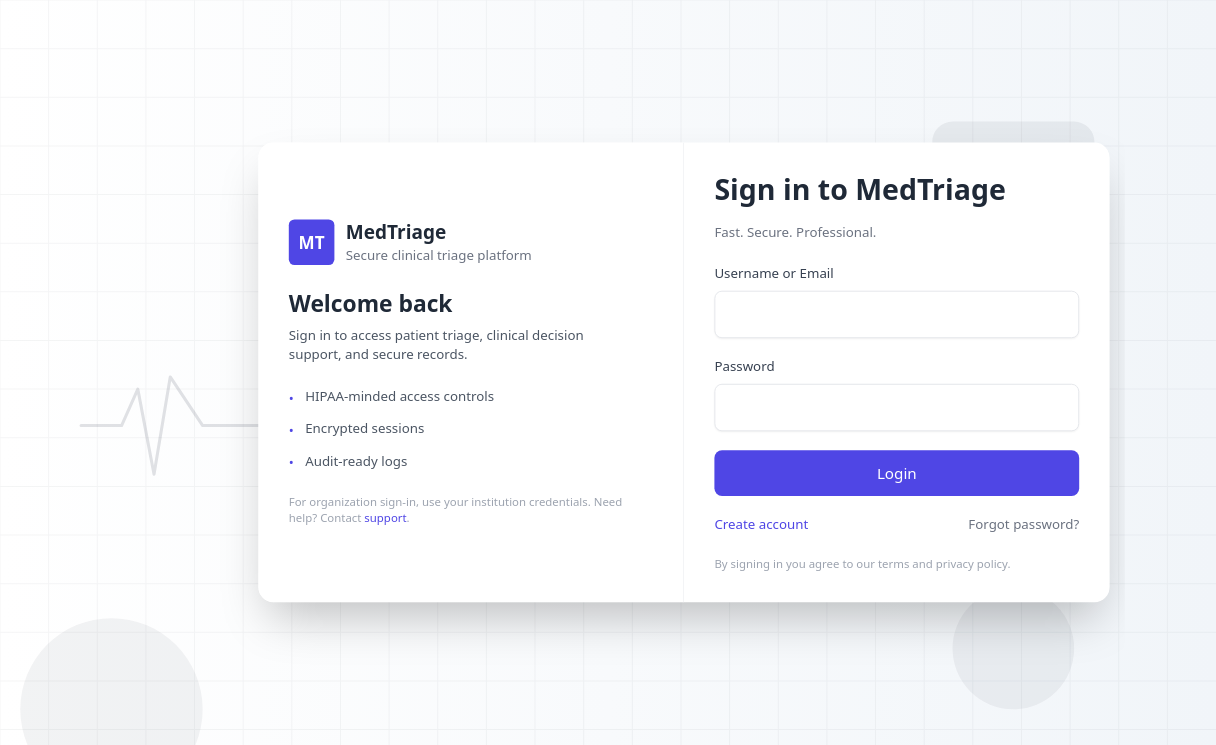
Repository: shakin-shahria/MedTriage-
Page: / (app in frontend/)
An editor plug-in stored every save of this project. The page is shown before and after the next save, followed by the edit.
The browser window is 1280 px wide. The pictures show the whole page, at 95% of full size.
The project was rebuilt for these pictures with package versions that can differ from the ones it lists, and the page was loaded fresh each time. Also part of the build but not shown: frontend/vite.config.js, frontend/src/Register.jsx, frontend/src/Profile.jsx, frontend/src/Admin.jsx, frontend/src/AdminDashboard.jsx, frontend/src/HeartTriage.jsx.

Above is the page before, as saved 2025-10-15 11:29:59.

### frontend/index.html
<!doctype html>
<html>
  <head>
    <meta charset="utf-8" />
    <meta name="viewport" content="width=device-width, initial-scale=1.0" />
    <title>MedTriage Demo</title>
  </head>
  <body>
    <div id="root"></div>
    <script type="module" src="/src/main.jsx"></script>
  </body>
</html>

### frontend/src/index.css
@tailwind base;
@tailwind components;
@tailwind utilities;

body { font-family: ui-sans-serif, system-ui, -apple-system, 'Segoe UI', Roboto, 'Helvetica Neue', Arial }

### frontend/src/Login.jsx
import React, { useState } from 'react'
import { useNavigate, Link } from 'react-router-dom'

export default function Login() {
  const [form, setForm] = useState({ username_or_email: '', password: '' })
  const [loading, setLoading] = useState(false)
  const [error, setError] = useState(null)
  const navigate = useNavigate()

  const handleChange = (e) => {
    setForm({ ...form, [e.target.name]: e.target.value })
  }

  const handleSubmit = async (e) => {
    e.preventDefault()
    setLoading(true)
    setError(null)
    try {
      const res = await fetch('http://127.0.0.1:8000/auth/login', {
        method: 'POST',
        headers: { 'Content-Type': 'application/json' },
        body: JSON.stringify(form),
      })
      if (!res.ok) throw new Error(`Login failed: ${res.status}`)
      const data = await res.json()
      localStorage.setItem('token', data.access_token)
      // Notify other components that auth state changed
      window.dispatchEvent(new Event('auth-change'))
      // After storing the token, probe the profile endpoint to detect the
      // user's role so admins can be sent straight to the Admin dashboard.
      try {
        const profileRes = await fetch('http://127.0.0.1:8000/auth/profile', {
          headers: { 'Authorization': `Bearer ${data.access_token}` },
        })
        if (profileRes.ok) {
          const profile = await profileRes.json()
          if (profile.role === 'admin') {
              // Persist admin token for Admin UI convenience and replace history so back doesn't go to login
              try { localStorage.setItem('medtriage_admin_token', `Bearer ${data.access_token}`) } catch (e) {}
              navigate('/admin-dashboard', { replace: true })
            return
          }
        }
      } catch (e) {
        // ignore profile fetch errors and fall back to profile page
      }

      navigate('/profile')
    } catch (err) {
      setError(err.message)
    } finally {
      setLoading(false)
    }
  }

  return (
    <>
      {/* Diagnostic-themed background SVG: faint grid + ECG waveform + medical icons */}
      <svg aria-hidden="true" className="fixed inset-0 pointer-events-none" preserveAspectRatio="none" xmlns="http://www.w3.org/2000/svg" viewBox="0 0 1200 800">
        <defs>
          <linearGradient id="ecgGrad" x1="0" x2="1">
            <stop offset="0%" stopColor="#ffffff" />
            <stop offset="100%" stopColor="#f1f5f9" />
          </linearGradient>
        </defs>
        <rect width="1200" height="800" fill="url(#ecgGrad)" />

        {/* faint clinical grid */}
        <g stroke="#0f172a" strokeWidth="1" opacity="0.04">
          {Array.from({ length: 25 }).map((_, i) => {
            const x = i * 48
            return <line key={`vx-${i}`} x1={x} y1={0} x2={x} y2={800} />
          })}
          {Array.from({ length: 17 }).map((_, i) => {
            const y = i * 48
            return <line key={`hy-${i}`} x1={0} y1={y} x2={1200} y2={y} />
          })}
        </g>

        {/* ECG waveform path - low contrast and centered */}
        <g transform="translate(80,420)" stroke="#0f172a" strokeWidth="3" fill="none" opacity="0.12">
          <path d="M0 0 L40 0 L56 -36 L72 48 L88 -48 L120 0 L200 0 L216 -24 L232 12 L248 -60 L280 0 L360 0 L376 -20 L392 8 L408 -40 L444 0 L520 0 L560 -50 L600 60 L640 -20 L680 0 L760 0" strokeLinecap="round" strokeLinejoin="round" />
        </g>

        {/* small medical icons (cross, stethoscope circle) */}
        <g transform="translate(920,120)" opacity="0.06" fill="#0f172a">
          <rect x="0" y="0" width="160" height="160" rx="20" />
          <g transform="translate(40,40)" fill="#fff">
            <rect x="30" y="0" width="20" height="60" rx="3" />
            <rect x="0" y="20" width="80" height="20" rx="3" />
          </g>
        </g>

        {/* subtle pulse circles */}
        <g opacity="0.05" fill="#0f172a">
          <circle cx="1000" cy="640" r="60" />
          <circle cx="110" cy="700" r="90" />
        </g>
      </svg>

      <div className="min-h-screen flex items-center justify-end py-12 px-4 bg-transparent relative overflow-hidden">

      <div className="relative z-10 max-w-4xl w-full bg-white rounded-2xl shadow-2xl overflow-hidden grid grid-cols-1 md:grid-cols-2">
        {/* Left: Professional brand panel (replaces cartoon SVG) */}
        <div className="bg-white p-8 flex flex-col items-start justify-center space-y-6 border-r border-gray-100">
          <div className="flex items-center space-x-3">
            {/* Simple logo mark */}
            <div className="w-12 h-12 flex items-center justify-center rounded-md bg-indigo-600 text-white font-bold text-lg">MT</div>
            <div>
              <h2 className="text-xl font-semibold text-gray-800">MedTriage</h2>
              <p className="text-sm text-gray-500">Secure clinical triage platform</p>
            </div>
          </div>

          <div className="w-full max-w-xs">
            <h3 className="text-2xl font-semibold text-gray-800">Welcome back</h3>
            <p className="mt-2 text-sm text-gray-600">Sign in to access patient triage, clinical decision support, and secure records.</p>

            <ul className="mt-6 space-y-3 text-sm text-gray-600">
              <li className="flex items-start">
                <span className="mr-3 text-indigo-600 mt-0.5">•</span>
                <span>HIPAA-minded access controls</span>
              </li>
              <li className="flex items-start">
                <span className="mr-3 text-indigo-600 mt-0.5">•</span>
                <span>Encrypted sessions</span>
              </li>
              <li className="flex items-start">
                <span className="mr-3 text-indigo-600 mt-0.5">•</span>
                <span>Audit-ready logs</span>
              </li>
            </ul>
          </div>

          <div className="mt-4 text-xs text-gray-400">
            <p>For organization sign-in, use your institution credentials. Need help? Contact <a href="mailto:support@medtriage.example" className="text-indigo-600">support</a>.</p>
          </div>
        </div>

        {/* Right: Form */}
        <div className="p-8 flex items-center justify-center">
          <div className="w-full max-w-md">
            <h1 className="text-3xl font-bold text-gray-800 mb-4">Sign in to MedTriage</h1>
            <p className="text-sm text-gray-500 mb-6">Fast. Secure. Professional.</p>
            <form onSubmit={handleSubmit} className="space-y-5">
              <div>
                <label htmlFor="username_or_email" className="block text-sm font-medium text-gray-700 mb-2">Username or Email</label>
                <input
                  id="username_or_email"
                  type="text"
                  name="username_or_email"
                  value={form.username_or_email}
                  onChange={handleChange}
                  className="w-full p-3 border border-gray-200 rounded-lg shadow-sm focus:ring-2 focus:ring-indigo-400 focus:border-transparent"
                  required
                />
              </div>
              <div>
                <label htmlFor="password" className="block text-sm font-medium text-gray-700 mb-2">Password</label>
                <input
                  id="password"
                  type="password"
                  name="password"
                  value={form.password}
                  onChange={handleChange}
                  className="w-full p-3 border border-gray-200 rounded-lg shadow-sm focus:ring-2 focus:ring-indigo-400 focus:border-transparent"
                  required
                />
              </div>
              {error && <p className="text-red-600 text-sm">{error}</p>}
              <button
                type="submit"
                disabled={loading}
                className="w-full px-6 py-3 bg-indigo-600 text-white rounded-lg font-medium hover:bg-indigo-700 disabled:opacity-50 transition-colors"
              >
                {loading ? 'Logging in...' : 'Login'}
              </button>

              <div className="flex items-center justify-between text-sm text-gray-500">
                <Link to="/register" className="text-indigo-600 hover:underline">Create account</Link>
                <a href="#" className="hover:underline">Forgot password?</a>
              </div>
            </form>
            <p className="mt-6 text-xs text-gray-400">By signing in you agree to our terms and privacy policy.</p>
          </div>
        </div>
      </div>
    </div>
    </>
  )
}

Loaded but not shown: frontend/src/main.jsx (common file); frontend/tailwind.config.cjs (common file); frontend/src/App.jsx (373 lines, source omitted)

After the next save:
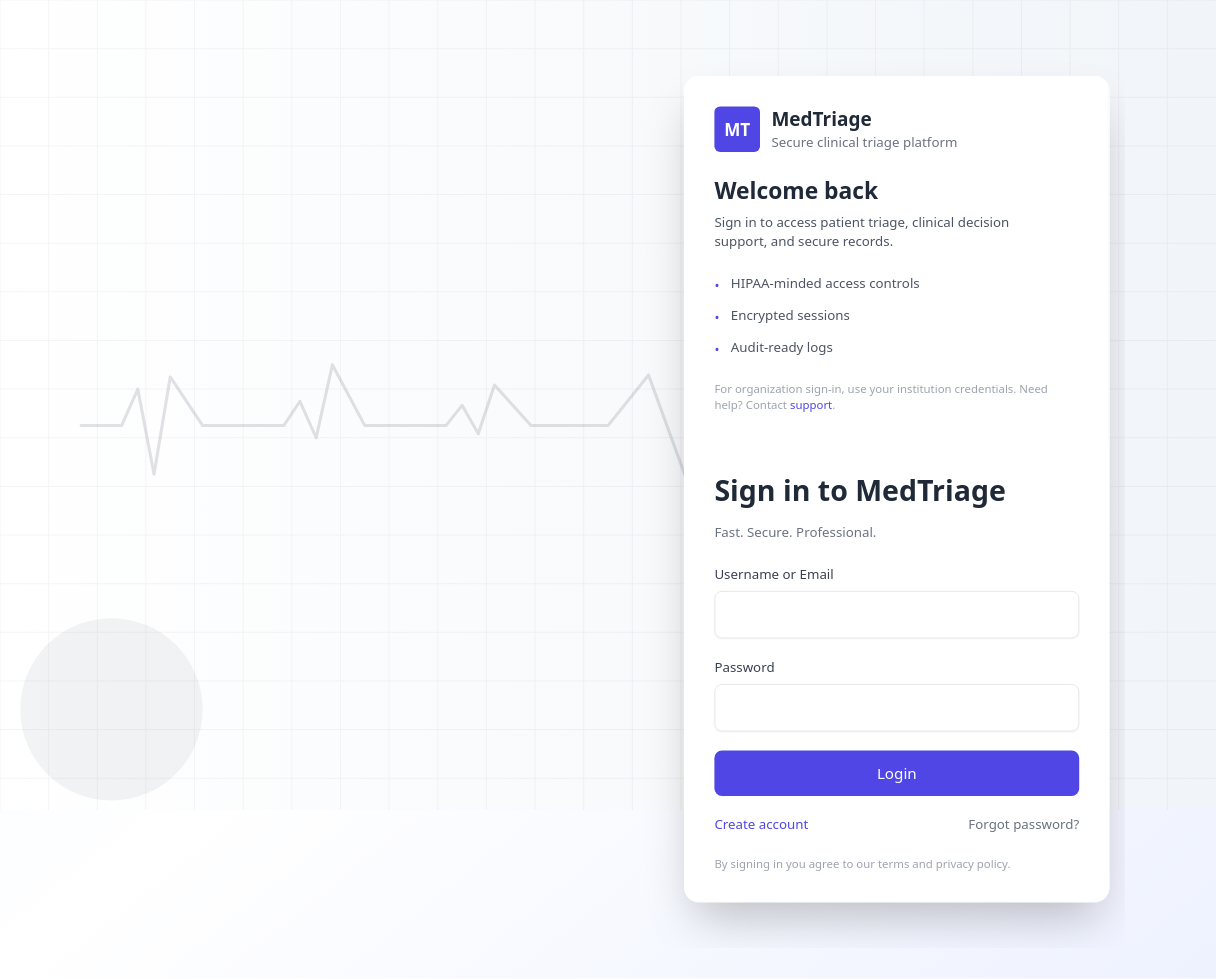
Saved 8 s later.
--- a/frontend/src/Login.jsx
+++ b/frontend/src/Login.jsx
@@ -100,7 +100,7 @@ export default function Login() {
 
       <div className="min-h-screen flex items-center justify-end py-12 px-4 bg-transparent relative overflow-hidden">
 
-      <div className="relative z-10 max-w-4xl w-full bg-white rounded-2xl shadow-2xl overflow-hidden grid grid-cols-1 md:grid-cols-2">
+      <div className="relative z-10 max-w-md w-full bg-white rounded-2xl shadow-2xl overflow-hidden flex flex-col">
         {/* Left: Professional brand panel (replaces cartoon SVG) */}
         <div className="bg-white p-8 flex flex-col items-start justify-center space-y-6 border-r border-gray-100">
           <div className="flex items-center space-x-3">
